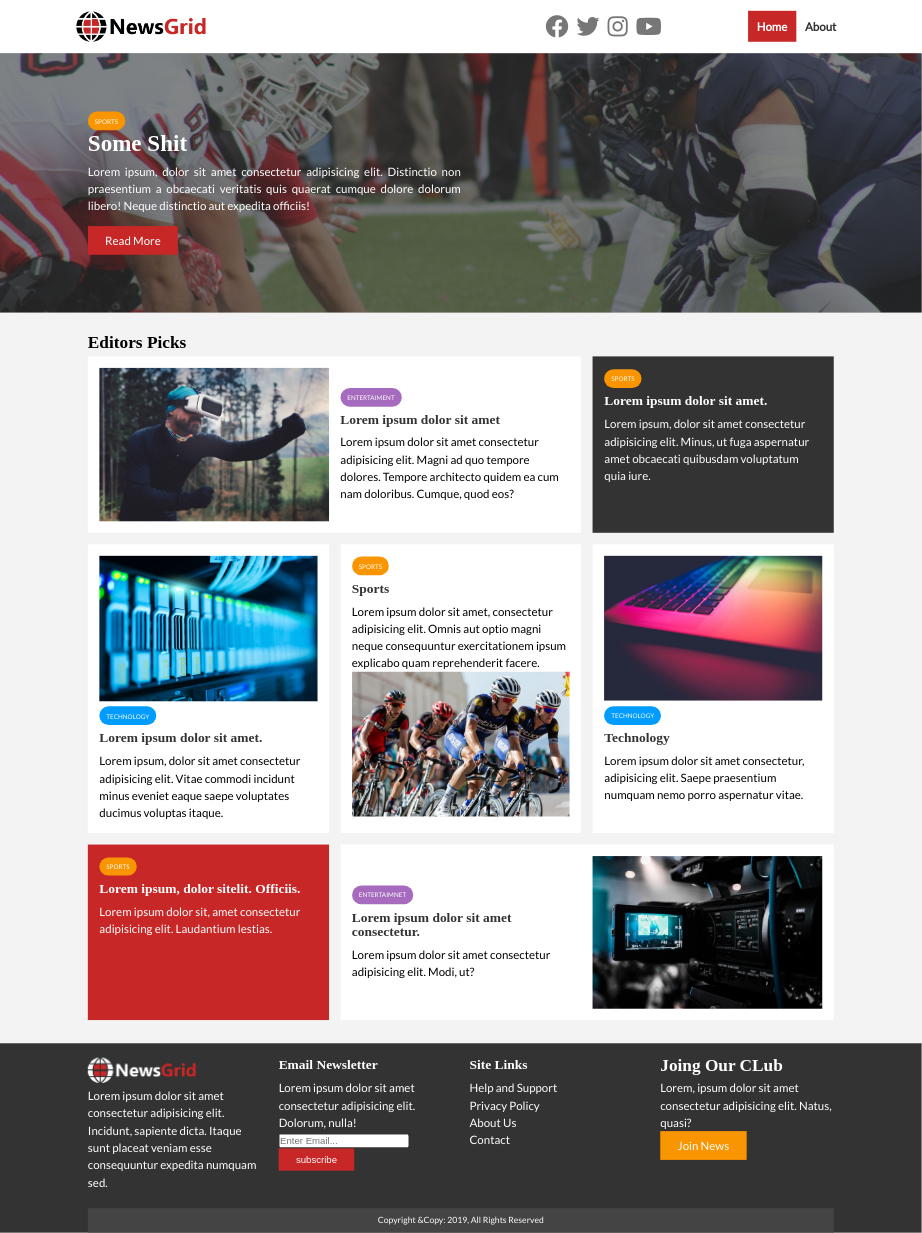
Repository: EswinGiova/NewsGrid
Page: index.html
An editor plug-in stored every save of this project. The page is shown before and after the next save, followed by the edit.
The browser window is 1280 px wide. The pictures show the whole page, at 72% of full size.
Some web libraries are served in a nearby version.

Above is the page before, as saved 2020-09-20 15:53:41.

### index.html
<!DOCTYPE html>
<html lang="en">
  <head>
    <meta charset="UTF-8" />
    <meta name="viewport" content="width=device-width, initial-scale=1.0" />
    <link rel="shortcut icon" type="image/x-icon" href="favicon.ico" />
    <link
      href="https://fonts.googleapis.com/css2?family=Lato&family=Staatliches&display=swap"
      rel="stylesheet"
    />
    <link rel="stylesheet" href="./css/style.css" />
    <link
      rel="stylesheet"
      media="screen and (max-width: 768px)"
      href="./css/mobile.css"
    />

    <link
      rel="stylesheet"
      href="https://cdnjs.cloudflare.com/ajax/libs/font-awesome/5.14.0/css/all.min.css"
      integrity="sha512-1PKOgIY59xJ8Co8+NE6FZ+LOAZKjy+KY8iq0G4B3CyeY6wYHN3yt9PW0XpSriVlkMXe40PTKnXrLnZ9+fkDaog=="
      crossorigin="anonymous"
    />

    <title>NewsGrid | Latest News</title>
  </head>
  <body>
    <nav id="main-nav">
      <div class="container">
        <img src="./image_resources/logo.png" alt="" class="logo" />
        <div class="social">
          <a href="#" target="_blank"><i class="fab fa-facebook fa-2x"></i></a>
          <a href="#" target="_blank"><i class="fab fa-twitter fa-2x"></i></a>
          <a href="#" target="_blank"><i class="fab fa-instagram fa-2x"></i></a>
          <a href="#" target="_blank"><i class="fab fa-youtube fa-2x"></i></a>
        </div>
        <ul>
          <li><a href="#" class="current">Home</a></li>
          <li><a href="#">About </a></li>
        </ul>
      </div>
    </nav>

    <header id="showcase">
      <div class="container">
        <div class="showcase-container">
          <div class="showcase-content">
            <div class="category category-sports">Sports</div>
            <h1>Some Shit</h1>
            <p>
              Lorem ipsum, dolor sit amet consectetur adipisicing elit.
              Distinctio non praesentium a obcaecati veritatis quis quaerat
              cumque dolore dolorum libero! Neque distinctio aut expedita
              officiis!
            </p>
            <a href="./article.html" class="btn btn-primary">Read More </a>
          </div>
        </div>
      </div>
    </header>
    <!-- Hombe articles -->

    <section id="home-articles" class="py-2">
      <div class="container">
        <h2>Editors Picks</h2>
        <div class="articles-container">
          <article class="card">
            <img src="./image_resources/articles/ent1.jpg" alt="" />
            <div>
              <div class="category category-ent">Entertaiment</div>
              <h3>
                <a href="./article.html">Lorem ipsum dolor sit amet</a>
              </h3>
              <p>
                Lorem ipsum dolor sit amet consectetur adipisicing elit. Magni
                ad quo tempore dolores. Tempore architecto quidem ea cum nam
                doloribus. Cumque, quod eos?
              </p>
            </div>
          </article>
          <article class="card bg-dark">
            <div class="category category-sports">Sports</div>
            <h3>
              <a href="./article.html">Lorem ipsum dolor sit amet.</a>
            </h3>
            <p>
              Lorem ipsum, dolor sit amet consectetur adipisicing elit. Minus,
              ut fuga aspernatur amet obcaecati quibusdam voluptatum quia iure.
            </p>
          </article>

          <article class="card">
            <img src="./image_resources/articles/tech1.jpg" alt="" />
            <div class="category category-tech">Technology</div>
            <h3><a href="./article.html">Lorem ipsum dolor sit amet.</a></h3>
            <p>
              Lorem ipsum, dolor sit amet consectetur adipisicing elit. Vitae
              commodi incidunt minus eveniet eaque saepe voluptates ducimus
              voluptas itaque.
            </p>
          </article>

          <article class="card">
            <div class="category category-sports">Sports</div>
            <h3>
              <a href="./article.html">Sports</a>
            </h3>
            <p>
              Lorem ipsum dolor sit amet, consectetur adipisicing elit. Omnis
              aut optio magni neque consequuntur exercitationem ipsum explicabo
              quam reprehenderit facere.
            </p>
            <img src="./image_resources/articles/sports1.jpg" alt="" />
          </article>

          <article class="card">
            <img src="./image_resources/articles/tech2.jpg" alt="" />
            <div class="category category-tech">Technology</div>
            <h3><a href="./article.html">Technology</a></h3>
            <p>
              Lorem ipsum dolor sit amet consectetur, adipisicing elit. Saepe
              praesentium numquam nemo porro aspernatur vitae.
            </p>
          </article>
          <article class="card bg-primary">
            <div class="category category-sports">Sports</div>
            <h3>
              <a href="./article.html">Lorem ipsum, dolor sitelit. Officiis.</a>
            </h3>
            <p>
              Lorem ipsum dolor sit, amet consectetur adipisicing elit.
              Laudantium lestias.
            </p>
          </article>

          <article class="card">
            <div>
              <div class="category category-ent">Entertaimnet</div>
              <h3>
                <a href="./article.html"
                  >Lorem ipsum dolor sit amet consectetur.</a
                >
              </h3>
              <p>
                Lorem ipsum dolor sit amet consectetur adipisicing elit. Modi,
                ut?
              </p>
            </div>
            <img src="./image_resources/articles/ent2.jpg" alt="" />
          </article>
        </div>
      </div>
    </section>
    <footer id="main-footer">
      <div class="container footer-container">
        <div>
          <img src="./image_resources/logo_light.png" alt="news" />
          <p>
            Lorem ipsum dolor sit amet consectetur adipisicing elit. Incidunt,
            sapiente dicta. Itaque sunt placeat veniam esse consequuntur
            expedita numquam sed.
          </p>
        </div>
        <div>
          <h3>Email Newsletter</h3>
          <p>
            Lorem ipsum dolor sit amet consectetur adipisicing elit. Dolorum,
            nulla!
          </p>
          <form>
            <input type="email" placeholder="Enter Email..." />
            <input type="submit" value="subscribe" class="btn btn-primary" />
          </form>
        </div>
        <div>
          <h3>Site Links</h3>
          <ul class="list">
            <li><a href="#">Help and Support</a></li>
            <li><a href="#">Privacy Policy</a></li>
            <li><a href="#">About Us</a></li>
            <li><a href="#">Contact</a></li>
          </ul>
        </div>
        <div>
          <h2>Joing Our CLub</h2>
          <p>
            Lorem, ipsum dolor sit amet consectetur adipisicing elit. Natus,
            quasi?
          </p>
          <a href="#" class="btn btn-secondary">Join News</a>
        </div>
        <div>
          <p>Copyright &Copy: 2019, All Rights Reserved</p>
        </div>
      </div>
    </footer>
  </body>
</html>

### css/style.css
:root {
  --primary-color: #c72727;
  --secondary-color: #f99500;
  --light-color: #f3f3f3;
  --dark-color: #333;
  --max-width: 1100px;
}

.category {
  --sports-color: #f99500;
  --ent-color: #a66bbe;
  --tech-color: #009cff;
}
* {
  margin: 0;
  padding: 0;
  box-sizing: border-box;
}
body {
  font-family: 'Lato', sans-serif;
  line-height: 1.5;
  background: var(--light-color);
}

a {
  color: var(--dark-color);
  text-decoration: none;
}

ul {
  list-style: none;
}

img {
  width: 100%;
}

h1,
h2,
h3,
h4,
h5,
h6 {
  font-family: 'Staaliches', cursive;
  margin-bottom: 0.55rem;
  line-height: 1.3rem;
}

/*  utility class */

.container {
  max-width: var(--max-width);
  margin: auto;
  padding: 0 2rem;
  overflow: hidden;
}

/* category */

.category {
  display: inline-block;
  color: #fff;
  font-size: 0.55rem;
  text-transform: uppercase;
  padding: 0.4rem 0.6rem;
  border-radius: 15px;
  margin-bottom: 0.5rem;
}

.category-sports {
  background: var(--sports-color);
}
.category-ent {
  background: var(--ent-color);
}
.category-tech {
  background: var(--tech-color);
}

/* btn */

.btn {
  display: inline-block;
  border: none;
  background: var(--dark-color);
  color: #fff;
  padding: 0.5rem 1.5rem;
}

.btn-light {
  background: var(--light-color);
}
.btn-primary {
  background: var(--primary-color);
}
.btn-secondary {
  background: var(--secondary-color);
}
.btn:hover {
  opacity: 0.8;
}

.btn-block {
  display: block;
  width: 100%;
  text-align: center;
}

/* cards */

.card {
  background: white;
  padding: 1rem;
}

.bg-dark {
  background: var(--dark-color);
  color: white;
}
.bg-primary {
  background: var(--primary-color);
  color: white;
}
.bg-secondary {
  background: var(--secondary-color);
  color: #fff;
}
.py-1 {
  padding: 1.5rem 0;
}
.py-2 {
  padding: 2rem 0;
}
.py-3 {
  padding: 3rem 0;
}
.p-1 {
  padding: 1.5rem;
}
.p-2 {
  padding: 2rem;
}
.p-3 {
  padding: 3rem;
}

.bg-dark h1,
.bg-dark h2,
.bg-dark h3,
.bg-dark a,
.bg-primary h1,
.bg-primary h2,
.bg-primary h3,
.bg-primary a,
.bg-secondary h1,
.bg-secondary h2,
.bg-secondary h3,
.bg-secondary a {
  color: #fff;
}

/* Navigation */
#main-nav {
  background: #fff;
  position: sticky;
  top: 0;
  z-index: 2;
}

#main-nav .container {
  display: grid;
  grid-template-columns: 6fr 3fr 2fr;
  padding: 1rem;
  align-items: center;
}

#main-nav .logo {
  width: 180px;
}

#main-nav ul {
  display: flex;
  justify-self: end;
}

#main-nav ul li a {
  padding: 0.77rem;
  font-weight: bold;
}

#main-nav ul li .current {
  background: var(--primary-color);
  color: white;
}

#main-nav ul li .current:hover {
  background: var(--light-color);
  color: var(--dark-color);
}
#main-nav .social {
  justify-self: center;
}

#main-nav .social i {
  color: #777;
  margin-left: 0.5rem;
}

/* showcase */
#showcase {
  background: #333;
  color: #fff;
  position: relative;
}

#showcase:before {
  content: '';
  background: url('../image_resources/featured.jpg') center center/cover;
  position: absolute;
  top: 0;
  left: 0;
  width: 100%;
  height: 100%;
  opacity: 0.4;
}
#showcase .showcase-container {
  height: 50vh;
  display: grid;
  grid-template-columns: repeat(2, 1fr);
  justify-content: center;
  align-content: center;
}
#showcase .showcase-container .showcase-content {
  z-index: 2;
  text-align: justify;
}
#showcase .showcase-container .showcase-content p {
  margin: 1rem 0;
}
/* Home Articles  */

#home-articles .articles-container {
  display: grid;
  grid-template-columns: repeat(3, 1fr);
  grid-gap: 1rem;
}

#home-articles .articles-container > *:first-child,
#home-articles .articles-container > *:last-child {
  display: grid;
  grid-template-columns: repeat(2, 1fr);
  grid-column: 1 / span 2;
  grid-gap: 1rem;
  align-items: center;
}
#home-articles .articles-container > *:last-child {
  grid-column: 2 / span 2;
}

/* footer */
#main-footer {
  background: var(--dark-color);
  color: #fff;
}

#main-footer img {
  width: 150px;
}

#main-footer a {
  color: #fff;
}

#main-footer .footer-container {
  display: grid;
  grid-template-columns: repeat(4, 1fr);
  grid-gap: 1.5rem;
  padding-top: 20px;
}

#main-footer .footer-container > *:last-child {
  grid-column: 1 / span 4;
  text-align: center;
  background: #444;

  font-size: 0.75rem;
  padding: 0.5rem;
}

Loaded but not shown: css/mobile.css (no copy from this time; the picture is the same without it)

After the next save:
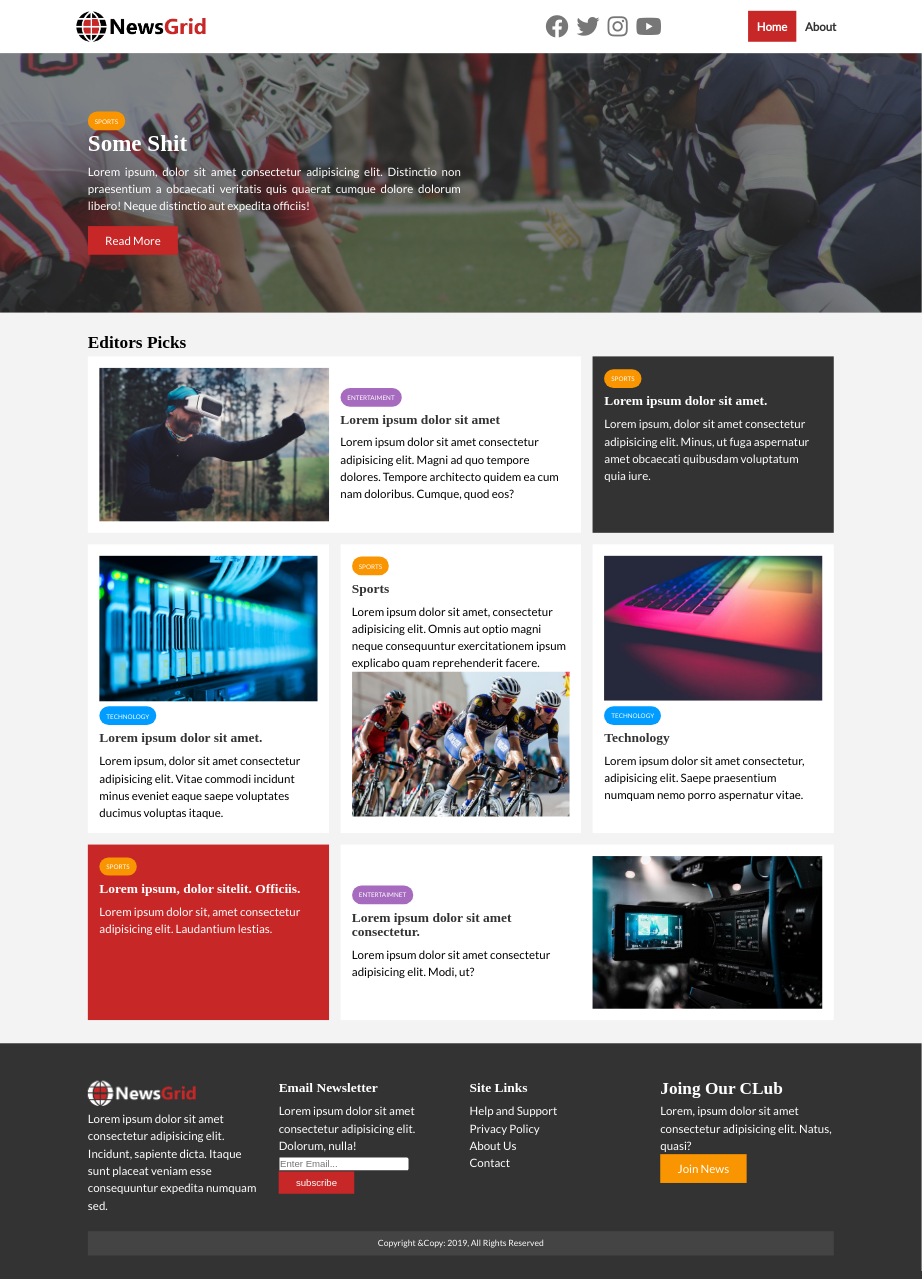
Saved 65 s later.
--- a/index.html
+++ b/index.html
@@ -151,7 +151,7 @@
         </div>
       </div>
     </section>
-    <footer id="main-footer">
+    <footer id="main-footer" class="py-2">
       <div class="container footer-container">
         <div>
           <img src="./image_resources/logo_light.png" alt="news" />
